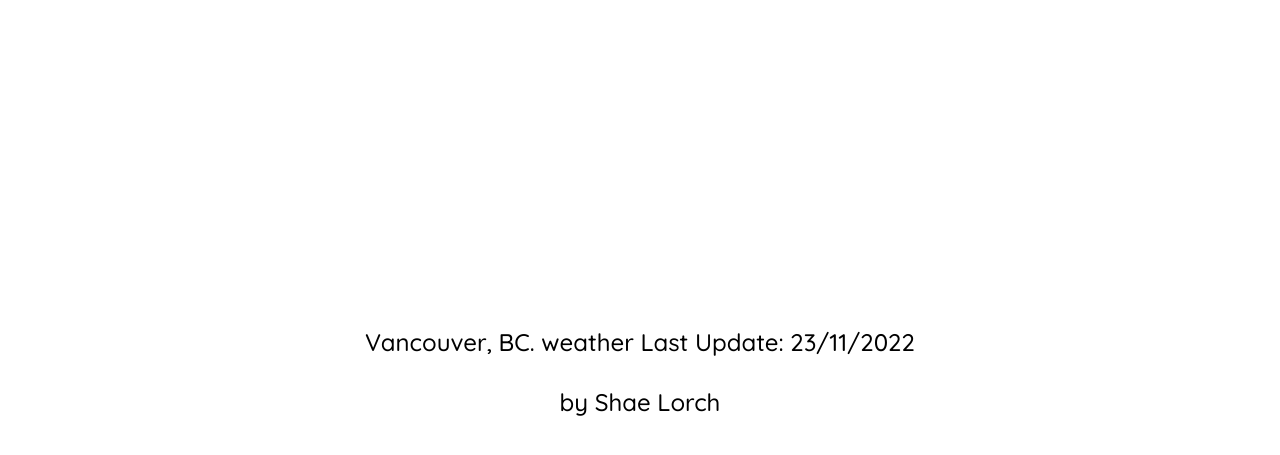
Repository: shaelorch/assessment2-DCD
Page: /
These files come from the project's save history. The page is drawn as it stood at one moment and after the next save; the edit follows.
The browser window is 1280 px wide. The pictures show the whole page.
Some web fonts or font styles are not loaded; a fallback is used. The project was rebuilt for these pictures with package versions that can differ from the ones it lists, and the page was loaded fresh each time. The framework's server and built-in components were replaced by stand-ins that run in the browser. Also part of the build but not shown: next.config.js.

Above is the page before, as saved 2023-02-23 10:19:07.

After the next save:
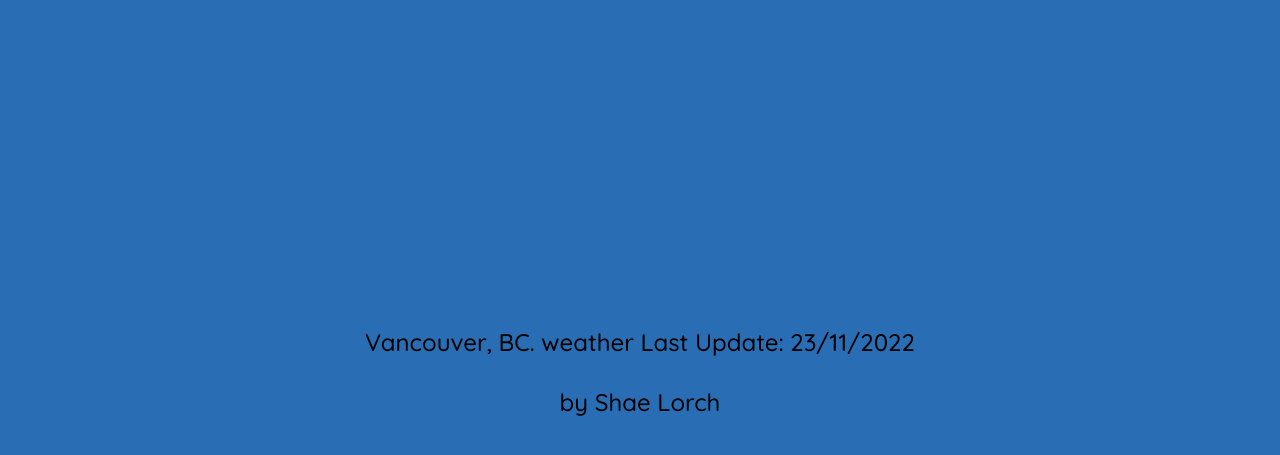
Saved 4 s later.
--- a/styles/Home.module.css
+++ b/styles/Home.module.css
@@ -11,6 +11,7 @@
   flex-direction: column;
   justify-content: center;
   align-items: center;
+  background-color: #296EB4;
   font-family:quicksand, cursive;
 
 }
